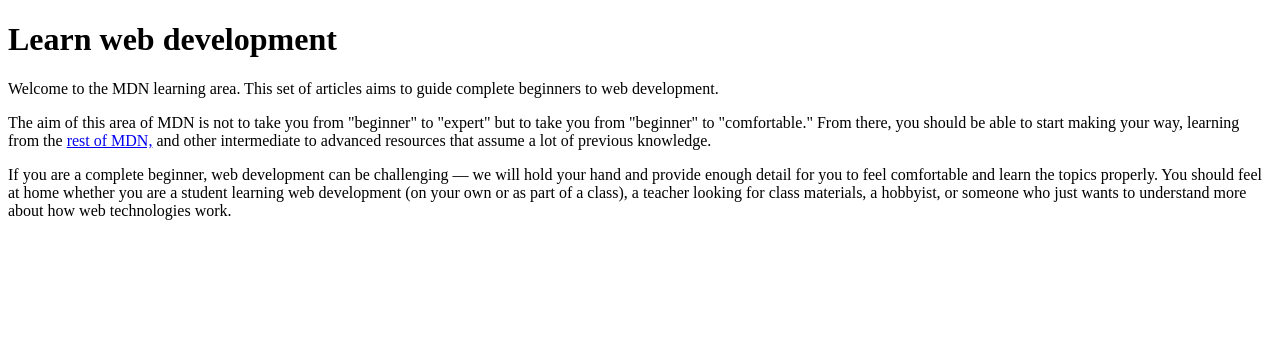
Repository: sriram1224/ReactProjects.github.io
Page: Assignments/Assignment2/index.html
The author's editor kept a copy of each file at every save. The page is drawn from the files as they stood at one save, then again after the next save.
The browser window is 1280 px wide. The pictures show the whole page.
Some web libraries are served in a nearby version.

Above is the page before, as saved 2024-03-01 10:54:38.

After the next save:
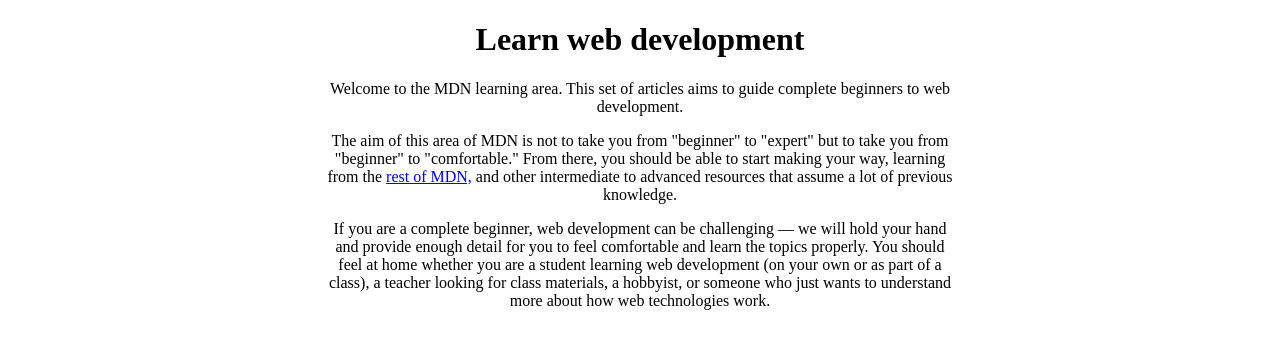
Saved 35 s later.
--- a/Assignments/Assignment2/index.html
+++ b/Assignments/Assignment2/index.html
@@ -6,6 +6,13 @@
     <script src="https://unpkg.com/react@17/umd/react.development.js"></script>
     <script src="https://unpkg.com/react-dom@17/umd/react-dom.development.js"></script>
     <script src="https://unpkg.com/babel-standalone@6/babel.min.js"></script>
+    <style>
+        #root {
+          margin: 0 auto;
+          width: 50%;
+          text-align: center;
+        }
+    </style>
   </head>
   <body>
     <div id="root"></div>
